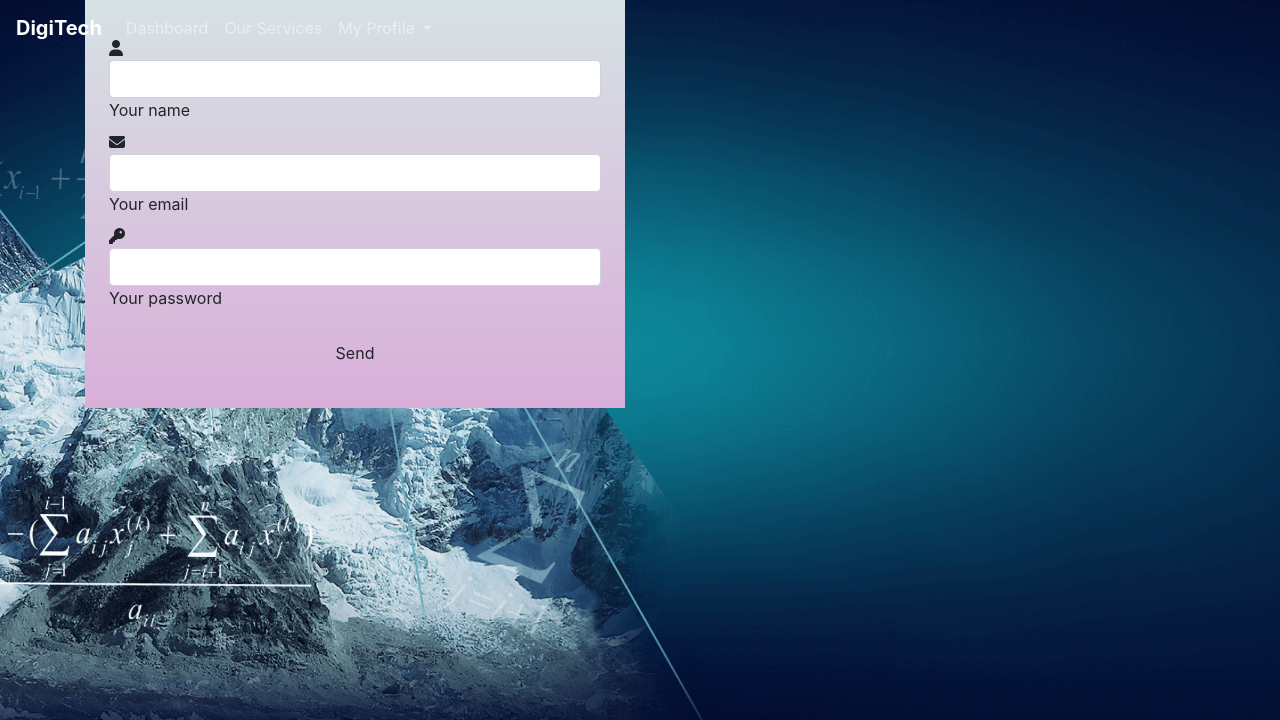
Repository: Tookliin/DigiTech
Page: /register
The author's editor kept a copy of each file at every save. The page is drawn from the files as they stood at one save, then again after the next save.
The browser window is 1280 px wide. The pictures show the whole page.
The project was rebuilt for these pictures with package versions that can differ from the ones it lists, and the page was loaded fresh each time. Also part of the build but not shown: src/components/Dashboard.vue, src/components/Profile.vue, src/components/Error.vue, src/components/Organization.vue.

Above is the page before, as saved 2020-07-22 11:55:41.

After the next save:
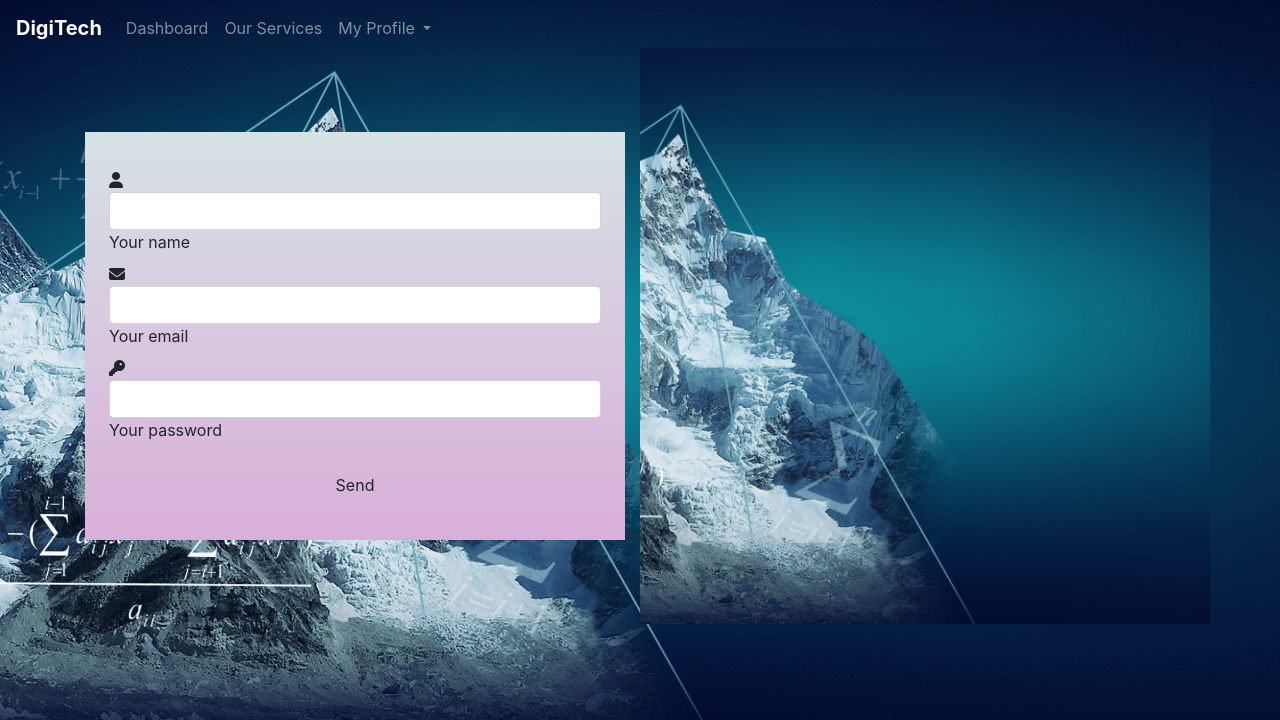
Saved 7 s later.
--- a/src/components/Register.vue
+++ b/src/components/Register.vue
@@ -34,7 +34,7 @@
             </div>
           </div>
 
-          <div class="col-md-6 my-5 pt-5">
+          <div class="analytics col-md-6 my-5 pt-5">
             <!-- <img src="https://mdbootstrap.com/img/illustrations/hiker-man-colour.svg" alt="" class="img-fluid"> -->
           </div>
 
